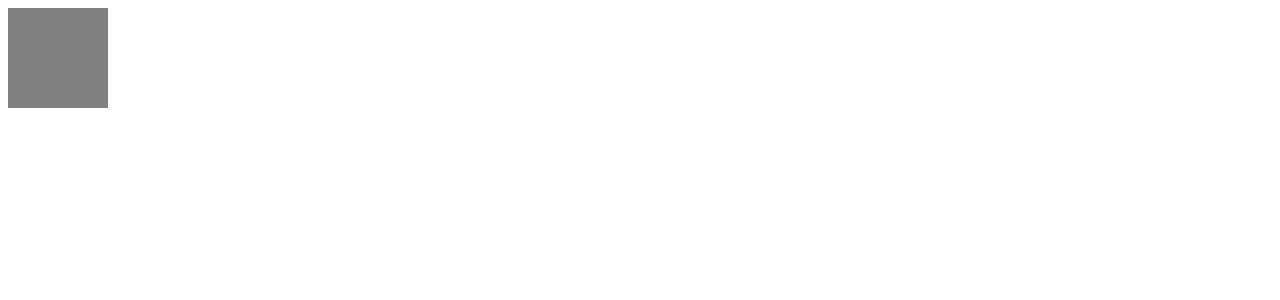
Repository: kojimayu/dotinstall-JavaScript-DOM
Page: index.html
These files come from the project's save history. The page is drawn as it stood at one moment and after the next save; the edit follows.
The browser window is 1280 px wide. The pictures show the whole page.

Above is the page before, as saved 2019-04-12 14:59:07.
Console error: TypeError: Cannot read properties of null (reading 'dataset')

### index.html
<!DOCTYPE html>
<html lang="ja">

<head>
  <meta charset="UTF-8">
  <title>JavaScript</title>
  <style>
    .box {
      width: 100px;
      height: 100px;
      background: gray;
    }
    .border-pink {
      border-bottom: 5px solid pink;
    }
  </style>

</head>

<body>
  <div class="box"></div>
  <script src="js/main.js"></script>
</body>

</html>

### js/main.js
'use strict'

{
  // HTMLのカスタムデータ属性

  const h1 = document.querySelector('h1');

  console.log(h1.dataset.appId);

  h1.dataset.message = 'this is custom message!';

}

After the next save:
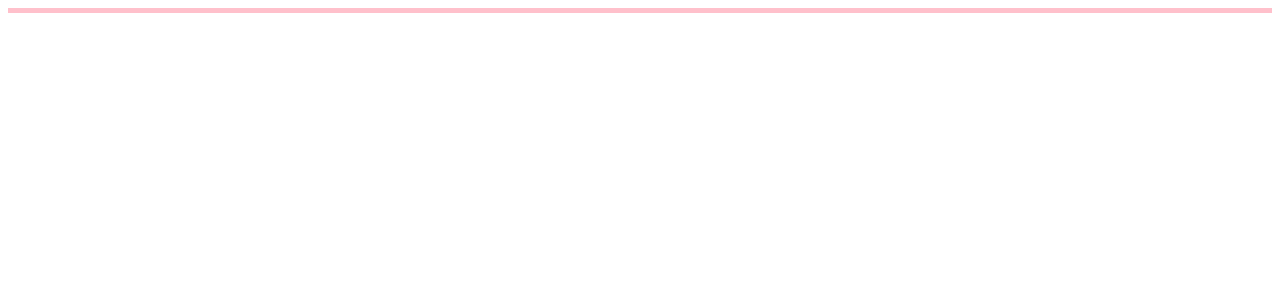
The error is gone.
Saved 55 s later.
--- a/js/main.js
+++ b/js/main.js
@@ -1,12 +1,8 @@
 'use strict'
 
 {
-  // HTMLのカスタムデータ属性
+  const div = document.querySelector('div');
 
-  const h1 = document.querySelector('h1');
-
-  console.log(h1.dataset.appId);
-
-  h1.dataset.message = 'this is custom message!';
+  div.className = 'border-pink';
 
 }
